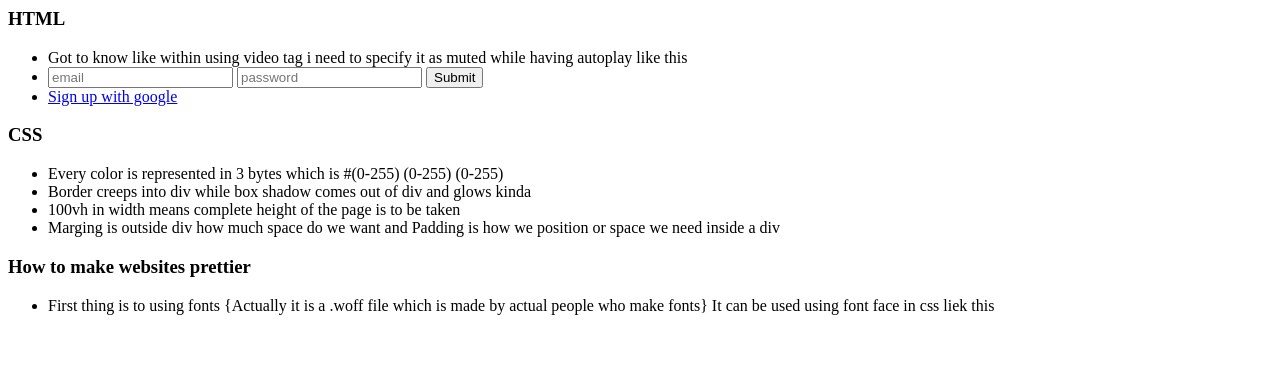
Repository: RohanSai22/harkirat-cohort-learnings
Page: Web/w1.html
These files come from the project's save history. The page is drawn as it stood at one moment and after the next save; the edit follows.
The browser window is 1280 px wide. The pictures show the whole page.

Above is the page before, as saved 2026-03-24 03:32:25.

After the next save:
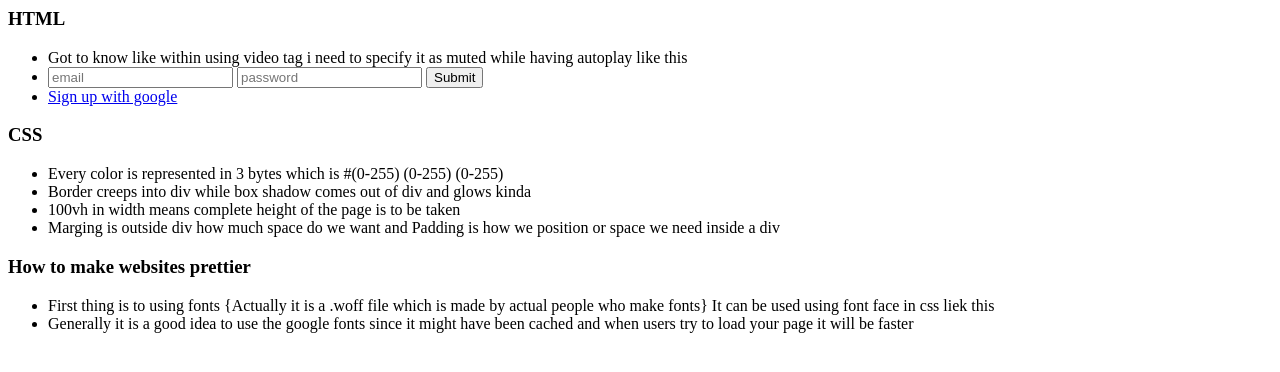
Saved 4 min 16 s later.
--- a/Web/w1.html
+++ b/Web/w1.html
@@ -41,13 +41,16 @@
                 <!--
                 @font-face{
                 name : fancy-font
-                url : fonts.google.com/fancy-font.woff
+                url :  fonts.google.com/fancy-font.woff
                 }
                 #somediv{
                 font-family : fancy-font
                 }
                 -->
             </li>
+            <li>
+                Generally it is a good idea to use the google fonts since it might have been cached and when users try to load your page it will be faster
+            </li>
         </ul>
     </body>
 </html>
